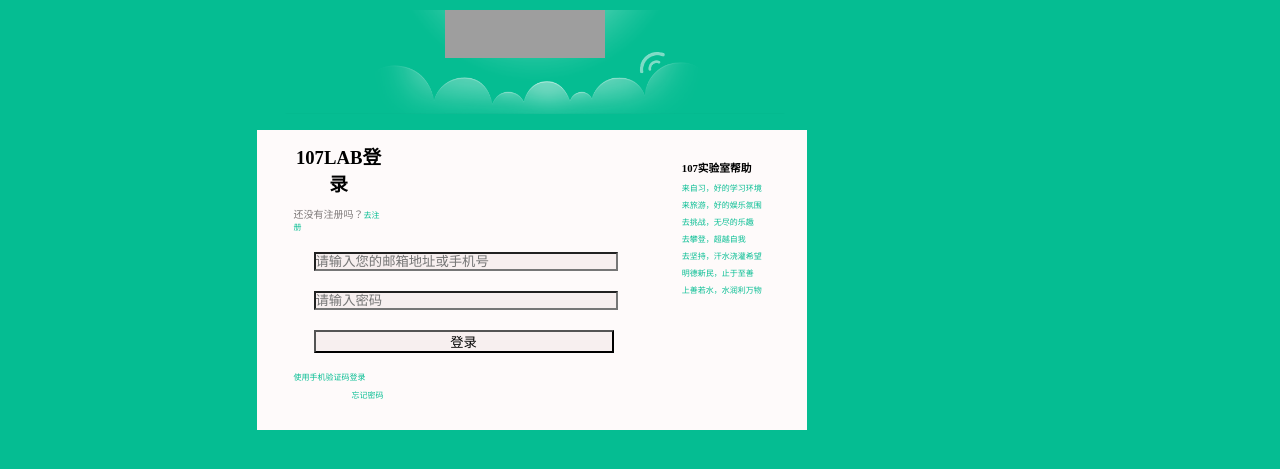
Repository: zz-yy/2023_homework
Page: 第一次考核作业/mazehua/index.html
An editor plug-in stored every save of this project. The page is shown before and after the next save, followed by the edit.
The browser window is 1280 px wide. The pictures show the whole page.
Pictures or frames that could not be fetched are drawn as grey boxes.

Above is the page before, as saved 2024-04-04 22:41:28.

After the next save:
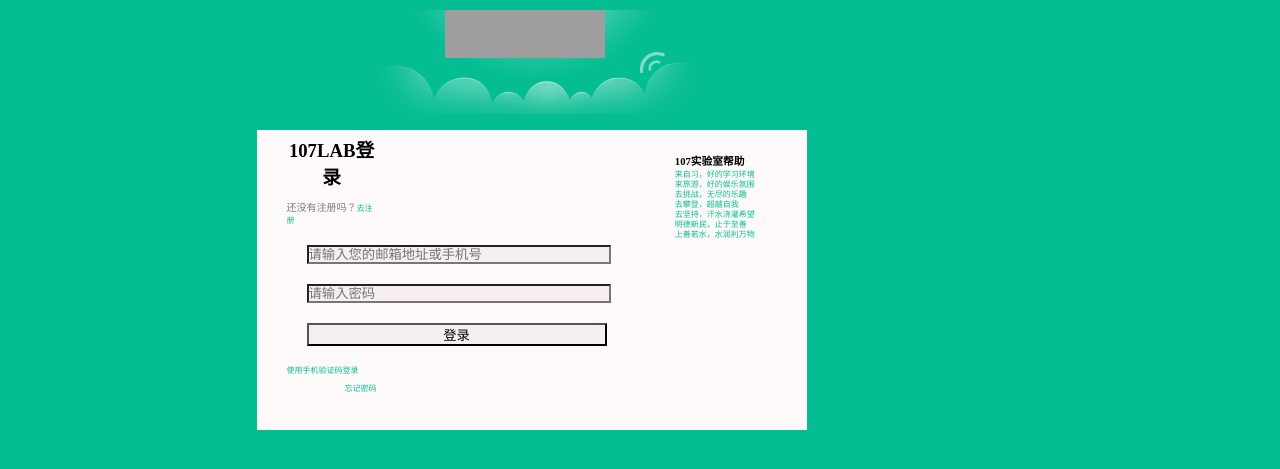
Saved 2 s later.
--- a/第一次考核作业/mazehua/index.css
+++ b/第一次考核作业/mazehua/index.css
@@ -54,7 +54,7 @@ li {
     height: 10px;
     list-style: none;
 
-    margin: 7px;
+    margin: px;
 }
 
 a {
